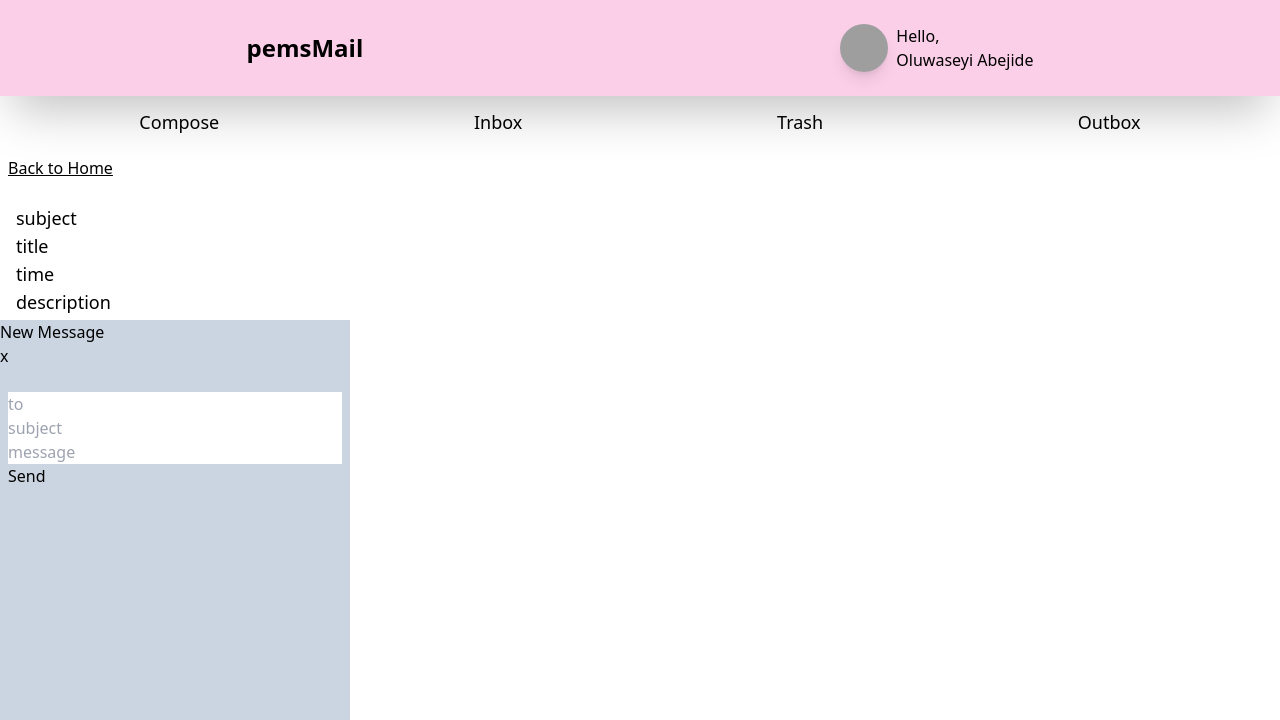
Repository: Semanmernstack/mailclone
Page: /mail
An editor plug-in stored every save of this project. The page is shown before and after the next save, followed by the edit.
The browser window is 1280 px wide. The pictures show the whole page.
Pictures or frames that could not be fetched are drawn as grey boxes. The project was rebuilt for these pictures with package versions that can differ from the ones it lists, and the page was loaded fresh each time. Also part of the build but not shown: src/features/counter/Counter.module.css, src/features/counter/Counter.js, src/OpenRow.js, src/Open.js.

Above is the page before, as saved 2023-01-16 03:56:01.

### src/App.js
import React from 'react';

import { Counter } from './features/counter/Counter';
import Header from './Header';
import {
  BrowserRouter,
  Routes,
  Route,
} from "react-router-dom";
import Open from './Open';
import Topbar from './Topbar';
import Mail from './Mail';
import SendMail from './SendMail';


function App() {
  return (
    <div className="h-screen relative">

      <BrowserRouter>

        <Header/>
        <Topbar/>
        <Routes>
        <Route exact path="mail" element={<Mail/>} />
          <Route exact path="/" element={<Open/>} />
        </Routes>
        <SendMail/>
      </BrowserRouter>

    </div>
  );
}

export default App;

### src/features/counter/counterSlice.js
import { createAsyncThunk, createSlice } from '@reduxjs/toolkit';
import { fetchCount } from './counterAPI';

const initialState = {
  value: 0,
  status: 'idle',
};

// The function below is called a thunk and allows us to perform async logic. It
// can be dispatched like a regular action: `dispatch(incrementAsync(10))`. This
// will call the thunk with the `dispatch` function as the first argument. Async
// code can then be executed and other actions can be dispatched. Thunks are
// typically used to make async requests.
export const incrementAsync = createAsyncThunk(
  'counter/fetchCount',
  async (amount) => {
    const response = await fetchCount(amount);
    // The value we return becomes the `fulfilled` action payload
    return response.data;
  }
);

export const counterSlice = createSlice({
  name: 'counter',
  initialState,
  // The `reducers` field lets us define reducers and generate associated actions
  reducers: {
    increment: (state) => {
      // Redux Toolkit allows us to write "mutating" logic in reducers. It
      // doesn't actually mutate the state because it uses the Immer library,
      // which detects changes to a "draft state" and produces a brand new
      // immutable state based off those changes
      state.value += 1;
    },
    decrement: (state) => {
      state.value -= 1;
    },
    // Use the PayloadAction type to declare the contents of `action.payload`
    incrementByAmount: (state, action) => {
      state.value += action.payload;
    },
  },
  // The `extraReducers` field lets the slice handle actions defined elsewhere,
  // including actions generated by createAsyncThunk or in other slices.
  extraReducers: (builder) => {
    builder
      .addCase(incrementAsync.pending, (state) => {
        state.status = 'loading';
      })
      .addCase(incrementAsync.fulfilled, (state, action) => {
        state.status = 'idle';
        state.value += action.payload;
      });
  },
});

export const { increment, decrement, incrementByAmount } = counterSlice.actions;

// The function below is called a selector and allows us to select a value from
// the state. Selectors can also be defined inline where they're used instead of
// in the slice file. For example: `useSelector((state: RootState) => state.counter.value)`
export const selectCount = (state) => state.counter.value;

// We can also write thunks by hand, which may contain both sync and async logic.
// Here's an example of conditionally dispatching actions based on current state.
export const incrementIfOdd = (amount) => (dispatch, getState) => {
  const currentValue = selectCount(getState());
  if (currentValue % 2 === 1) {
    dispatch(incrementByAmount(amount));
  }
};

export default counterSlice.reducer;

### src/Header.js
import React from 'react'

function Header() {
  return (
    <div className="flex items-center justify-around p-2     h-24 bg-pink-200 border-b-pink-800 shadow-2xl">
        <div>
            <h1 className="text-lg md:text-2xl font-semibold">pemsMail</h1>

        </div>
        <div className="flex items-center justify-evenly">

            <img className="h-12 w-12 rounded-full shadow-lg" src="https://cdn.pixabay.com/photo/2022/12/01/12/26/countryside-7629017__340.jpg" alt="pic" />
            <div className="ml-2">
                <p>Hello,</p>
                <p>Oluwaseyi Abejide</p>
            </div>
        </div>
    </div>
  )
}

export default Header

### src/Topbar.js
import React from 'react'

function Topbar() {
  return (
    <div className="flex items-center justify-around text-lg p-3">
        <div className='hover:underline hover:text-red-900 hover:text-2xl'>
            <p>Compose</p>
        </div>
        <div className='hover:underline hover:text-red-900 hover:text-2xl'>
            <p>Inbox</p>
        </div>
        <div className='hover:underline hover:text-red-900 hover:text-2xl'>
            <p>Trash</p>
        </div>
        <div className='hover:underline hover:text-red-900 hover:text-2xl'>
            <p>Outbox</p>
        </div>
    </div>
  )
}

export default Topbar

### src/Mail.js
import React from 'react'

function Mail() {
  return (
    <div className="flex flex-col">
        <div>
            <p className='p-2 cursor-pointer  hover:text-rose-900 underline'>Back to Home</p>
        </div>
        <div className="flex flex-col text-lg p-4 ">
           <div>
                <p>subject</p>
                <p>title</p>
                <p>time</p>

            </div>
            <div>
                <p>description</p>
            </div>

        </div>
    </div>
  )
}

export default Mail

### src/SendMail.js
import React from 'react'
import { useForm } from "react-hook-form";

function SendMail() {
    const { register, handleSubmit, formState: { errors } } = useForm();
    const onSubmit = (formData) => {}
  return (
    <div className=" flex absolute bottom-0 flex-col max-width-[350px] h-[400px] w-[350px] bg-slate-300">
            <div className=" ">
                <h3>New Message</h3>
                <button   >x</button>
            </div>
            <form onSubmit={handleSubmit(onSubmit)} className="flex flex-col p-2 my-4" >
                <input type="emails"
                    placeholder='to'
                    {...register("to", { required: true })}

                />
                {errors.to && <p className=''>To is Requred</p>}

                <input type="text"
                    placeholder='subject'
                    {...register("subject", { required: true })}

                />
                {errors.subject && <p className=''>Subject is Requred</p>}


                <input type="text"
                    placeholder='message'
                    className=''
                    {...register("message", { required: true })}
                />
                {errors.message && <p className=''>message is Requred</p>}


                <div className="">
                    <button>Send</button>
                </div>
            </form>

        </div>
  )
}

export default SendMail

Loaded but not shown: public/index.html (common file); src/index.js (common file); src/app/store.js (common file); src/reportWebVitals.js (common file); src/index.css (common file); src/features/counter/counterAPI.js (common file); tailwind.config.js (common file)

After the next save:
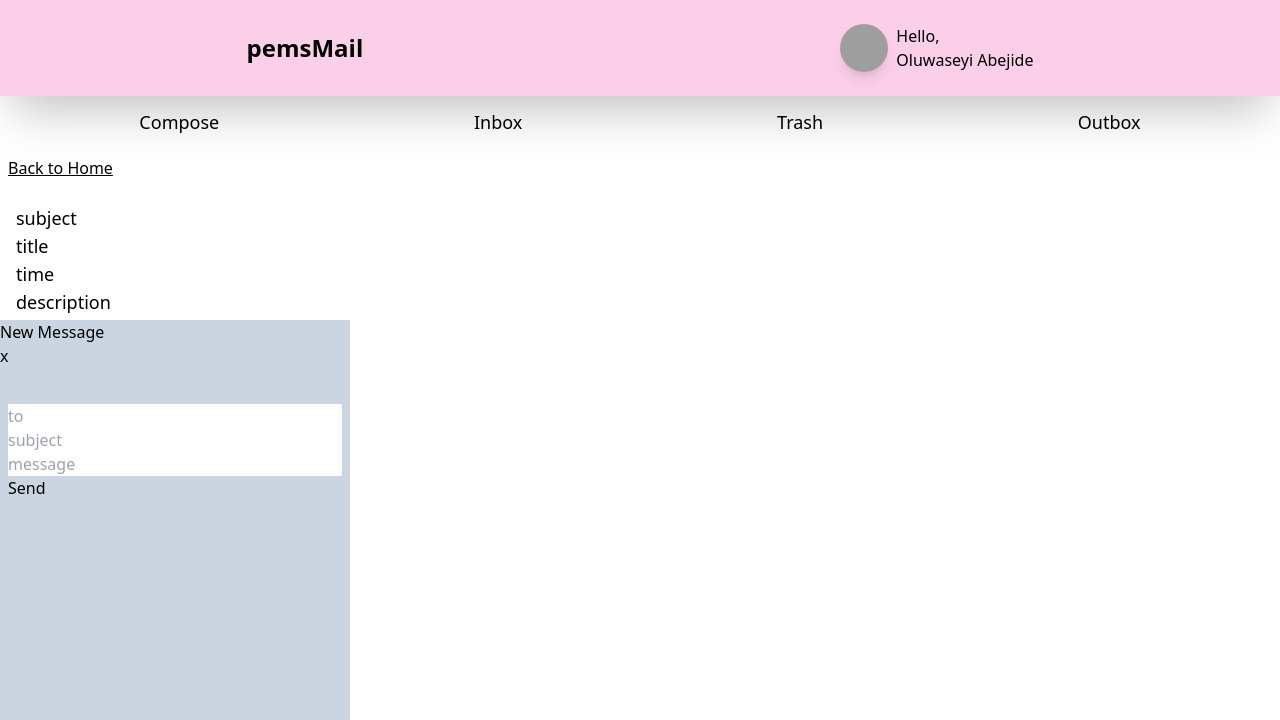
Saved 30 s later.
--- a/src/SendMail.js
+++ b/src/SendMail.js
@@ -10,7 +10,7 @@ function SendMail() {
                 <h3>New Message</h3>
                 <button   >x</button>
             </div>
-            <form onSubmit={handleSubmit(onSubmit)} className="flex flex-col p-2 my-4" >
+            <form onSubmit={handleSubmit(onSubmit)} className="flex flex-col p-2 my-7" >
                 <input type="emails"
                     placeholder='to'
                     {...register("to", { required: true })}
